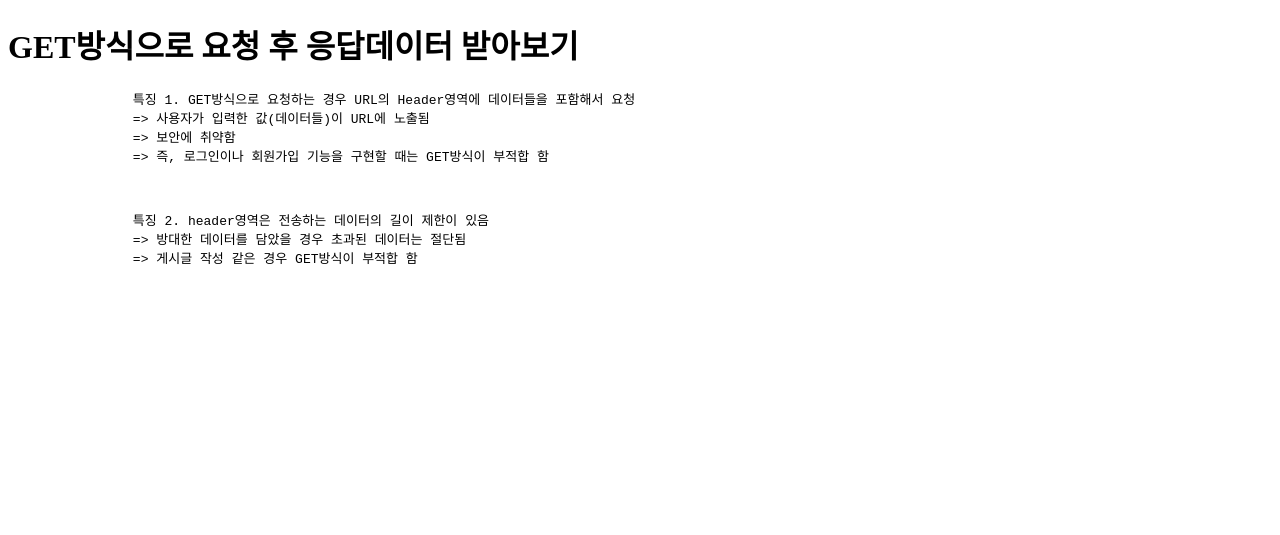
Repository: dltbxkfm86-creator/web
Page: MyFirstWebProject/src/main/webapp/views/request_get.html
An editor plug-in stored every save of this project. The page is shown before and after the next save, followed by the edit.
The browser window is 1280 px wide. The pictures show the whole page.

Above is the page before, as saved 2025-09-22 07:42:10.

### MyFirstWebProject/src/main/webapp/views/request_get.html
<!DOCTYPE html>
<html>
<head>
<meta charset="UTF-8">
<title>Get방식 요청 테스트</title>
<style>
	ul {
		list-style : none;
		line-height: 200%;
	}
</style>
</head>
<body>
	<h1>GET방식으로 요청 후 응답데이터 받아보기</h1>

	<pre>
		특징 1. GET방식으로 요청하는 경우 URL의 Header영역에 데이터들을 포함해서 요청
		=> 사용자가 입력한 값(데이터들)이 URL에 노출됨
		=> 보안에 취약함
		=> 즉, 로그인이나 회원가입 기능을 구현할 때는 GET방식이 부적합 함 <br><br>

		특징 2. header영역은 전송하는 데이터의 길이 제한이 있음
		=> 방대한 데이터를 담았을 경우 초과된 데이터는 절단됨
		=> 게시글 작성 같은 경우 GET방식이 부적합 함

	</pre>
</body>
</html>

After the next save:
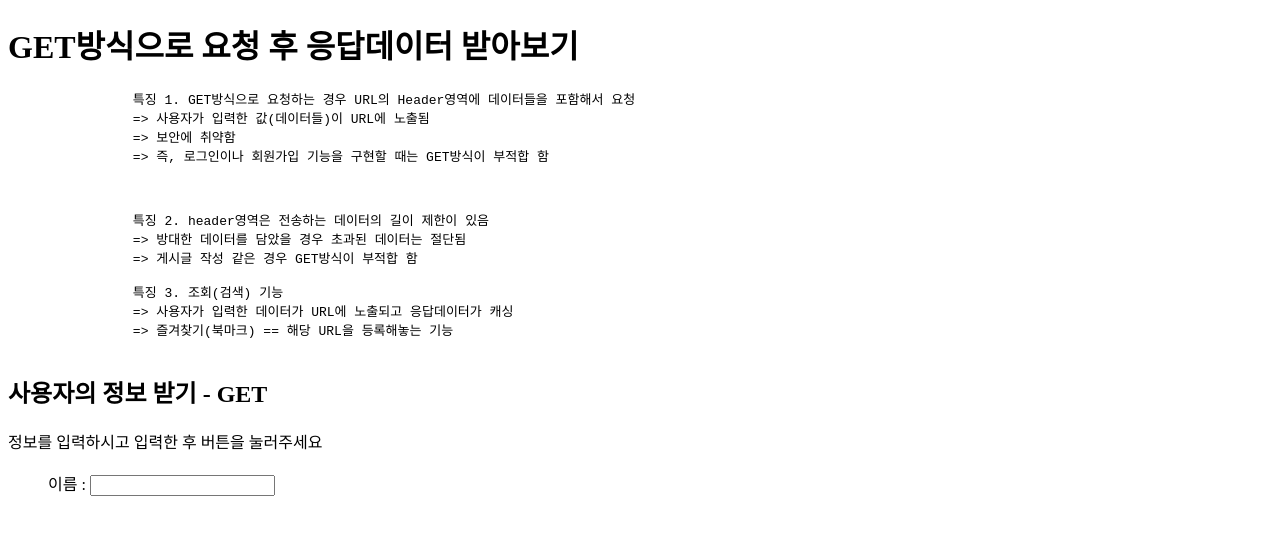
Saved 26 min 19 s later.
--- a/MyFirstWebProject/src/main/webapp/views/request_get.html
+++ b/MyFirstWebProject/src/main/webapp/views/request_get.html
@@ -23,6 +23,21 @@
 		=> 방대한 데이터를 담았을 경우 초과된 데이터는 절단됨
 		=> 게시글 작성 같은 경우 GET방식이 부적합 함
 
+		특징 3. 조회(검색) 기능
+		=> 사용자가 입력한 데이터가 URL에 노출되고 응답데이터가 캐싱
+		=> 즐겨찾기(북마크) == 해당 URL을 등록해놓는 기능
 	</pre>
+
+	<h2> 사용자의 정보 받기 - GET </h2>
+	<p>정보를 입력하시고 입력한 후 버튼을 눌러주세요</p>
+
+	<form method="get">
+		<ul>
+			<li>
+				이름 : <input type="text">
+			</li>
+		</ul>
+	</form>
+
 </body>
 </html>
